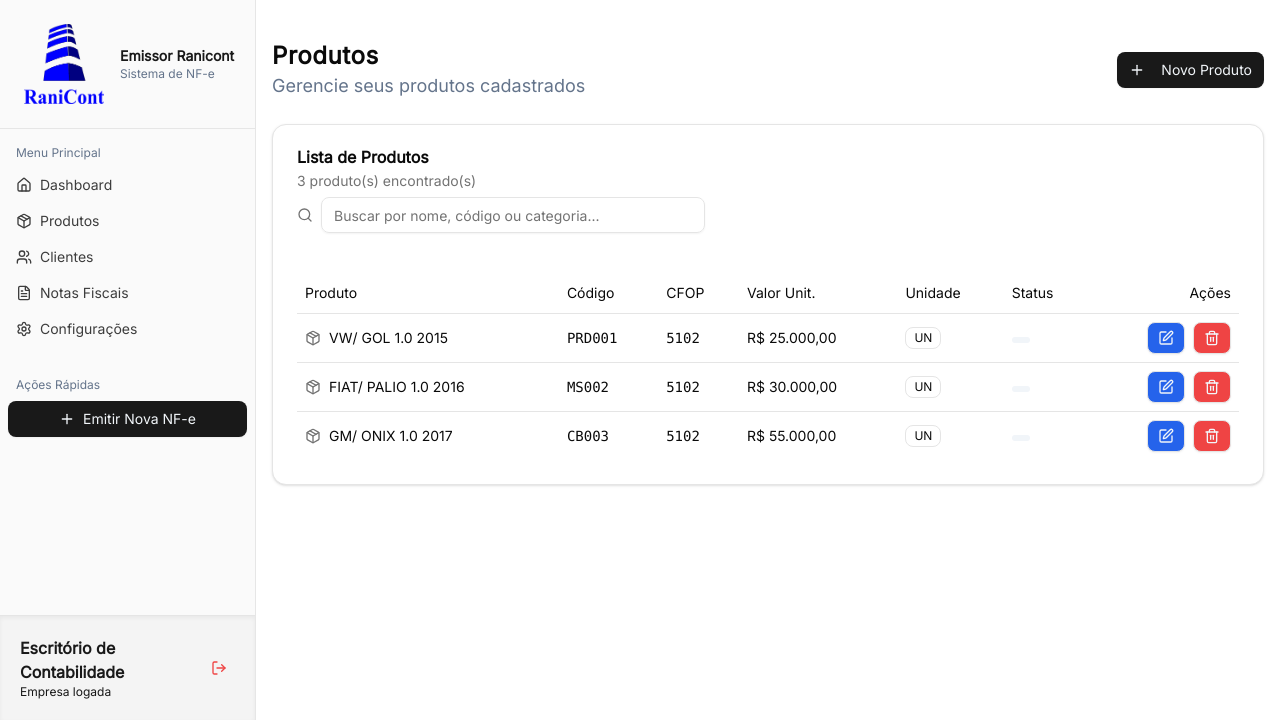
Repository: vinimx/emissor-ranicont
Page: /produtos
An editor plug-in stored every save of this project. The page is shown before and after the next save, followed by the edit.
The browser window is 1280 px wide. The pictures show the whole page.
The project was rebuilt for these pictures with package versions that can differ from the ones it lists, and the page was loaded fresh each time. Also part of the build but not shown: vite.config.js, src/components/ui/label.jsx, src/components/Auth/Login/index.jsx, src/components/Auth/Cadastrar/index.jsx, src/components/ui/separator.jsx, src/components/ui/skeleton.jsx, src/components/Dashboard/index.jsx, src/components/ui/select.jsx and 3 more.

Above is the page before, as saved 2025-06-23 21:41:23.

After the next save:
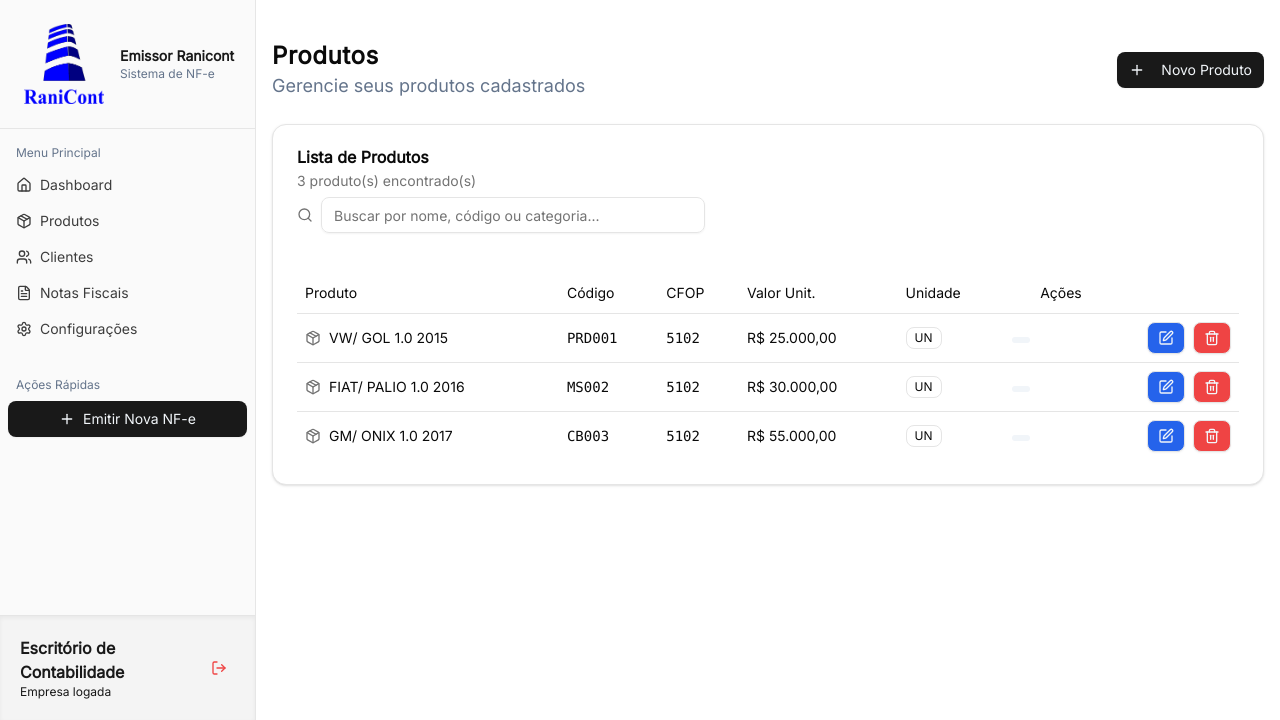
Saved 101 s later.
--- a/src/components/Produtos/index.jsx
+++ b/src/components/Produtos/index.jsx
@@ -305,7 +305,6 @@ export default function PaginaProdutos() {
                       <TableHead>CFOP</TableHead>
                       <TableHead>Valor Unit.</TableHead>
                       <TableHead>Unidade</TableHead>
-                      <TableHead>Status</TableHead>
                       <TableHead className="text-right">Ações</TableHead>
                     </TableRow>
                   </TableHeader>
@@ -424,7 +423,9 @@ export default function PaginaProdutos() {
                           <div className="flex items-center space-x-2">
                             <Package className="h-4 w-4 text-muted-foreground flex-shrink-0" />
                             <div className="min-w-0 flex-1">
-                              <div className="font-medium text-sm truncate">{produto.nome}</div>
+                              <div className="font-medium text-sm truncate">
+                                {produto.nome}
+                              </div>
                               <div className="text-xs text-muted-foreground truncate">
                                 CFOP: {produto.cfop} | {produto.unidade}
                               </div>
